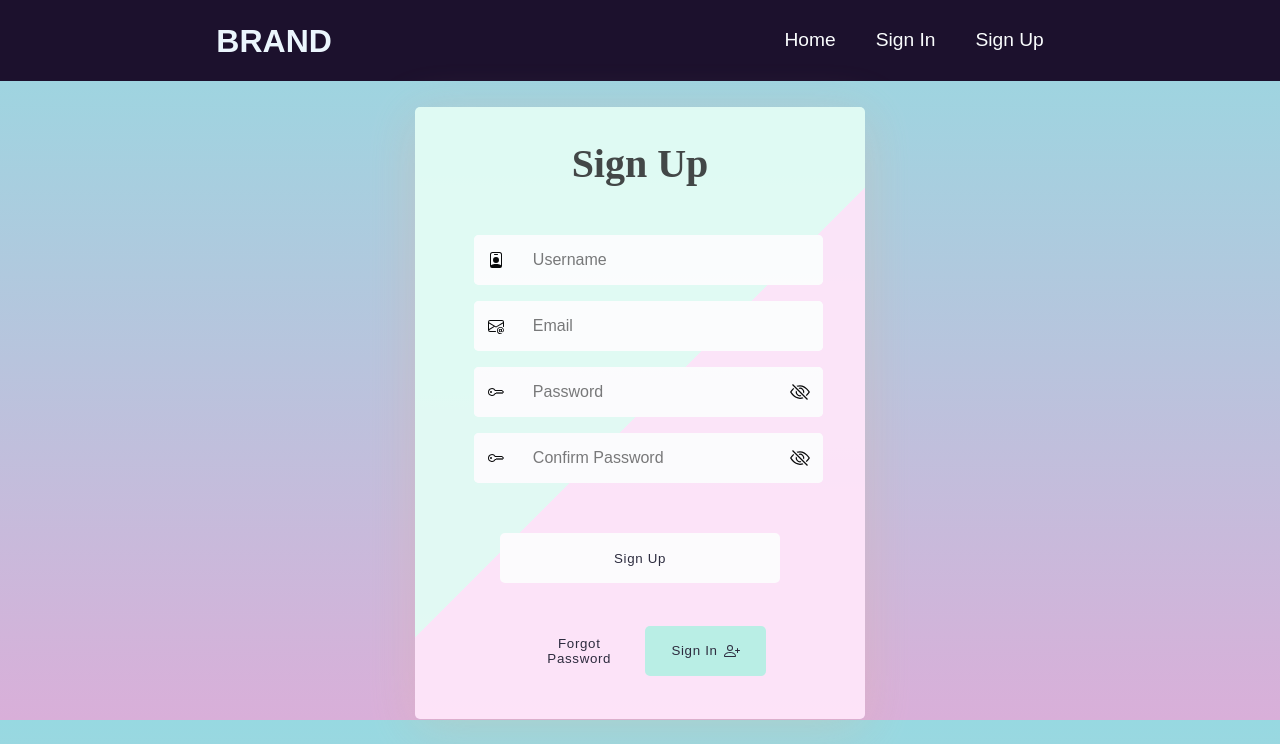
Repository: code-mtaani/ojwang-frontend
Page: /signup
These files come from the project's save history. The page is drawn as it stood at one moment and after the next save; the edit follows.
The browser window is 1280 px wide. The pictures show the whole page.
Backgrounds fixed to the window are drawn as part of the page. The project was rebuilt for these pictures with package versions that can differ from the ones it lists, and the page was loaded fresh each time. Also part of the build but not shown: vite.config.ts, src/Pages/HomePage/Home.pages.tsx, src/Pages/SignIn/SignIn.pages.tsx.

Above is the page before, as saved 2023-02-01 14:10:38.

### src/App.tsx
import { BrowserRouter as Router, Routes, Route } from "react-router-dom";

import Navigation from "./Components/Nav";
import Home from './Pages/HomePage'
import SignIn from "./Pages/SignIn";
import SignUp from "./Pages/SignUp"

function App() {
  return (
    <Router>
      <div className="App">
        <Navigation />
        <Routes>
          <Route path="/" element={<Home />} />
          <Route path="/signin" element={<SignIn/>} />
          <Route path="/signup" element={<SignUp/>} />
        </Routes>
      </div>
    </Router>
  );
}

export default App;

### src/index.css
* {
  padding: 0;
  margin: 0;
  box-sizing: border-box;
}
/* End Global rules */

/* Start body rules */
body {
  background-image: linear-gradient(-225deg, #e3fdf5 0%, #ffe6fa 100%);
  background-image: linear-gradient(to top, #a8edea 0%, #fed6e3 100%);
  background-attachment: fixed;
  background-repeat: no-repeat;

  font-family: "Vibur", cursive;
  /*   the main font */
  font-family: "Abel", sans-serif;
  opacity: 0.95;
  background-image: linear-gradient(to top, #d9afd9 0%, #97d9e1 100%);
}
@media screen and (min-width: 440px) {
  .app{
    border:2px solid green;
  }
}
/* end body rules */

### src/Components/Nav/index.js
export {default} from './Navigation.component'

### src/Pages/HomePage/index.ts
export { default } from "./Home.pages";

### src/Pages/SignIn/index.ts
export { default } from './SignIn.pages'

### src/Pages/SignUp/index.ts
export {default} from './SignUp.pages'

### src/Components/Nav/Navigation.component.tsx
import React from "react";
import {Link} from "react-router-dom"
import './nav.css'

const Navigation = () => {
  return (
    <nav className="navbar">
      <div className="left">
        <h1><Link to="/"> BRAND </Link></h1>
      </div>

      <div className="right">
        <input type="checkbox" id="check" />
        <label htmlFor="check" className="checkBtn">
          <svg
            xmlns="http://www.w3.org/2000/svg"
            width="30"
            height="30"
            fill="currentColor"
            className="bi bi-justify"
            viewBox="0 0 16 16"
          >
            <path
              fillRule="evenodd"
              d="M2 12.5a.5.5 0 0 1 .5-.5h11a.5.5 0 0 1 0 1h-11a.5.5 0 0 1-.5-.5zm0-3a.5.5 0 0 1 .5-.5h11a.5.5 0 0 1 0 1h-11a.5.5 0 0 1-.5-.5zm0-3a.5.5 0 0 1 .5-.5h11a.5.5 0 0 1 0 1h-11a.5.5 0 0 1-.5-.5zm0-3a.5.5 0 0 1 .5-.5h11a.5.5 0 0 1 0 1h-11a.5.5 0 0 1-.5-.5z"
            />
          </svg>
        </label>

        <ul className="list">
          <li> <Link to="/">Home</Link></li>
          <li> <Link to="/signin">Sign In</Link></li>
          <li> <Link to="signup">Sign Up</Link></li>
        </ul>
      </div>
    </nav>
  );
};

export default Navigation;

### src/Pages/SignUp/SignUp.pages.tsx
import React from "react";
import "./Signup.css";

const SignUp = () => {
  return (
    <div className="overlay">
      <form>
        {/* con = Container  for items in the form */}
        <div className="con">
          {/* <!--     Start  header Content  --> */}
          <header className="head-form">
            <h2>Sign Up</h2>
          </header>
          {/* End  header Content */}
          <br />
          <div className="field-set">
            {/* inputs */}
            <div className="test">
              <div className="key">
                <svg
                  xmlns="http://www.w3.org/2000/svg"
                  width="16"
                  height="16"
                  fill="currentColor"
                  className="bi bi-person-badge"
                  viewBox="0 0 16 16"
                >
                  <path d="M6.5 2a.5.5 0 0 0 0 1h3a.5.5 0 0 0 0-1h-3zM11 8a3 3 0 1 1-6 0 3 3 0 0 1 6 0z" />
                  <path d="M4.5 0A2.5 2.5 0 0 0 2 2.5V14a2 2 0 0 0 2 2h8a2 2 0 0 0 2-2V2.5A2.5 2.5 0 0 0 11.5 0h-7zM3 2.5A1.5 1.5 0 0 1 4.5 1h7A1.5 1.5 0 0 1 13 2.5v10.795a4.2 4.2 0 0 0-.776-.492C11.392 12.387 10.063 12 8 12s-3.392.387-4.224.803a4.2 4.2 0 0 0-.776.492V2.5z" />
                </svg>
              </div>
              <input type="text" name="username" id="" placeholder="Username" />
              <div className="show"></div>
            </div>
            <div className="test">
              <div className="key">
                <svg
                  xmlns="http://www.w3.org/2000/svg"
                  width="16"
                  height="16"
                  fill="currentColor"
                  className="bi bi-envelope-at"
                  viewBox="0 0 16 16"
                >
                  <path d="M2 2a2 2 0 0 0-2 2v8.01A2 2 0 0 0 2 14h5.5a.5.5 0 0 0 0-1H2a1 1 0 0 1-.966-.741l5.64-3.471L8 9.583l7-4.2V8.5a.5.5 0 0 0 1 0V4a2 2 0 0 0-2-2H2Zm3.708 6.208L1 11.105V5.383l4.708 2.825ZM1 4.217V4a1 1 0 0 1 1-1h12a1 1 0 0 1 1 1v.217l-7 4.2-7-4.2Z" />
                  <path d="M14.247 14.269c1.01 0 1.587-.857 1.587-2.025v-.21C15.834 10.43 14.64 9 12.52 9h-.035C10.42 9 9 10.36 9 12.432v.214C9 14.82 10.438 16 12.358 16h.044c.594 0 1.018-.074 1.237-.175v-.73c-.245.11-.673.18-1.18.18h-.044c-1.334 0-2.571-.788-2.571-2.655v-.157c0-1.657 1.058-2.724 2.64-2.724h.04c1.535 0 2.484 1.05 2.484 2.326v.118c0 .975-.324 1.39-.639 1.39-.232 0-.41-.148-.41-.42v-2.19h-.906v.569h-.03c-.084-.298-.368-.63-.954-.63-.778 0-1.259.555-1.259 1.4v.528c0 .892.49 1.434 1.26 1.434.471 0 .896-.227 1.014-.643h.043c.118.42.617.648 1.12.648Zm-2.453-1.588v-.227c0-.546.227-.791.573-.791.297 0 .572.192.572.708v.367c0 .573-.253.744-.564.744-.354 0-.581-.215-.581-.8Z" />
                </svg>
              </div>
              <input type="email" name="email" placeholder="Email" />
              <div className="show"></div>
            </div>
            <div className="test">
              <div className="key">
                <svg
                  xmlns="http://www.w3.org/2000/svg"
                  width="16"
                  height="16"
                  fill="currentColor"
                  className="bi bi-key"
                  viewBox="0 0 16 16"
                >
                  <path d="M0 8a4 4 0 0 1 7.465-2H14a.5.5 0 0 1 .354.146l1.5 1.5a.5.5 0 0 1 0 .708l-1.5 1.5a.5.5 0 0 1-.708 0L13 9.207l-.646.647a.5.5 0 0 1-.708 0L11 9.207l-.646.647a.5.5 0 0 1-.708 0L9 9.207l-.646.647A.5.5 0 0 1 8 10h-.535A4 4 0 0 1 0 8zm4-3a3 3 0 1 0 2.712 4.285A.5.5 0 0 1 7.163 9h.63l.853-.854a.5.5 0 0 1 .708 0l.646.647.646-.647a.5.5 0 0 1 .708 0l.646.647.646-.647a.5.5 0 0 1 .708 0l.646.647.793-.793-1-1h-6.63a.5.5 0 0 1-.451-.285A3 3 0 0 0 4 5z" />
                  <path d="M4 8a1 1 0 1 1-2 0 1 1 0 0 1 2 0z" />
                </svg>
              </div>
              <input type="password" name="pasword" placeholder="Password" />
              <div className="show">
                <svg
                  xmlns="http://www.w3.org/2000/svg"
                  width="20"
                  height="20"
                  fill="currentColor"
                  className="bi bi-eye-slash"
                  viewBox="0 0 16 16"
                >
                  <path d="M13.359 11.238C15.06 9.72 16 8 16 8s-3-5.5-8-5.5a7.028 7.028 0 0 0-2.79.588l.77.771A5.944 5.944 0 0 1 8 3.5c2.12 0 3.879 1.168 5.168 2.457A13.134 13.134 0 0 1 14.828 8c-.058.087-.122.183-.195.288-.335.48-.83 1.12-1.465 1.755-.165.165-.337.328-.517.486l.708.709z" />
                  <path d="M11.297 9.176a3.5 3.5 0 0 0-4.474-4.474l.823.823a2.5 2.5 0 0 1 2.829 2.829l.822.822zm-2.943 1.299.822.822a3.5 3.5 0 0 1-4.474-4.474l.823.823a2.5 2.5 0 0 0 2.829 2.829z" />
                  <path d="M3.35 5.47c-.18.16-.353.322-.518.487A13.134 13.134 0 0 0 1.172 8l.195.288c.335.48.83 1.12 1.465 1.755C4.121 11.332 5.881 12.5 8 12.5c.716 0 1.39-.133 2.02-.36l.77.772A7.029 7.029 0 0 1 8 13.5C3 13.5 0 8 0 8s.939-1.721 2.641-3.238l.708.709zm10.296 8.884-12-12 .708-.708 12 12-.708.708z" />
                </svg>
              </div>
            </div>
            <div className="test">
              <div className="key">
                <svg
                  xmlns="http://www.w3.org/2000/svg"
                  width="16"
                  height="16"
                  fill="currentColor"
                  className="bi bi-key"
                  viewBox="0 0 16 16"
                >
                  <path d="M0 8a4 4 0 0 1 7.465-2H14a.5.5 0 0 1 .354.146l1.5 1.5a.5.5 0 0 1 0 .708l-1.5 1.5a.5.5 0 0 1-.708 0L13 9.207l-.646.647a.5.5 0 0 1-.708 0L11 9.207l-.646.647a.5.5 0 0 1-.708 0L9 9.207l-.646.647A.5.5 0 0 1 8 10h-.535A4 4 0 0 1 0 8zm4-3a3 3 0 1 0 2.712 4.285A.5.5 0 0 1 7.163 9h.63l.853-.854a.5.5 0 0 1 .708 0l.646.647.646-.647a.5.5 0 0 1 .708 0l.646.647.646-.647a.5.5 0 0 1 .708 0l.646.647.793-.793-1-1h-6.63a.5.5 0 0 1-.451-.285A3 3 0 0 0 4 5z" />
                  <path d="M4 8a1 1 0 1 1-2 0 1 1 0 0 1 2 0z" />
                </svg>
              </div>
              <input
                type="password"
                name="confirmPassword"
                placeholder="Confirm Password"
              />
              <div className="show">
                <svg
                  xmlns="http://www.w3.org/2000/svg"
                  width="20"
                  height="20"
                  fill="currentColor"
                  className="bi bi-eye-slash"
                  viewBox="0 0 16 16"
                >
                  <path d="M13.359 11.238C15.06 9.72 16 8 16 8s-3-5.5-8-5.5a7.028 7.028 0 0 0-2.79.588l.77.771A5.944 5.944 0 0 1 8 3.5c2.12 0 3.879 1.168 5.168 2.457A13.134 13.134 0 0 1 14.828 8c-.058.087-.122.183-.195.288-.335.48-.83 1.12-1.465 1.755-.165.165-.337.328-.517.486l.708.709z" />
                  <path d="M11.297 9.176a3.5 3.5 0 0 0-4.474-4.474l.823.823a2.5 2.5 0 0 1 2.829 2.829l.822.822zm-2.943 1.299.822.822a3.5 3.5 0 0 1-4.474-4.474l.823.823a2.5 2.5 0 0 0 2.829 2.829z" />
                  <path d="M3.35 5.47c-.18.16-.353.322-.518.487A13.134 13.134 0 0 0 1.172 8l.195.288c.335.48.83 1.12 1.465 1.755C4.121 11.332 5.881 12.5 8 12.5c.716 0 1.39-.133 2.02-.36l.77.772A7.029 7.029 0 0 1 8 13.5C3 13.5 0 8 0 8s.939-1.721 2.641-3.238l.708.709zm10.296 8.884-12-12 .708-.708 12 12-.708.708z" />
                </svg>
              </div>
            </div>
            <br />
            {/*  buttons */}
            {/*button LogIn */}
            <button className="log-in"> Sign Up </button>
          </div>

          {/* other buttons */}
          <div className="other">
            {/* Forgot Password button */}
            <button className="btn submits frgt-pass">Forgot Password</button>
            {/* Sign Up button */}
            <button className="btn submits sign-up">
              Sign In
              {/* Sign Up font icon */}
              <svg
                xmlns="http://www.w3.org/2000/svg"
                width="16"
                height="16"
                fill="currentColor"
                className="bi bi-person-plus"
                viewBox="0 0 16 16"
              >
                <path d="M6 8a3 3 0 1 0 0-6 3 3 0 0 0 0 6zm2-3a2 2 0 1 1-4 0 2 2 0 0 1 4 0zm4 8c0 1-1 1-1 1H1s-1 0-1-1 1-4 6-4 6 3 6 4zm-1-.004c-.001-.246-.154-.986-.832-1.664C9.516 10.68 8.289 10 6 10c-2.29 0-3.516.68-4.168 1.332-.678.678-.83 1.418-.832 1.664h10z" />
                <path
                  fillRule="evenodd"
                  d="M13.5 5a.5.5 0 0 1 .5.5V7h1.5a.5.5 0 0 1 0 1H14v1.5a.5.5 0 0 1-1 0V8h-1.5a.5.5 0 0 1 0-1H13V5.5a.5.5 0 0 1 .5-.5z"
                />
              </svg>
            </button>
            {/* End Other the Division */}
          </div>

          {/* End Conrainer */}
        </div>

        {/* End Form */}
      </form>
    </div>
  );
};

export default SignUp;

### src/Components/Nav/nav.css
.navbar{
    background-color: rgb(22,7,36);
    display: flex;
    justify-content: space-around;
    align-items: center;
    line-height: 5rem;
}

.left h1{
    font-size: 2rem;
    cursor: pointer;
}
.left h1 a{
    text-decoration: none;
    color: aliceblue;
}

.checkBtn{
    display: none;
}
#check{
    display: none;
}
.checkBtn{
    cursor: pointer;
    font-size: 30px;
    float: right;
    color: #ed1e79;
    line-height: 88px;
}

.right ul{
    display: flex;
    list-style: none;
}
.right ul li a {
    padding: 10px 20px;
    font-size: 1.2rem;
    color: white;
    cursor: pointer;
    text-decoration: none;
    transition: all 1s;
}

.right ul li a:hover{
    background-color: #fff;
    border-radius: 7px;
    color: rgb(22, 7, 36);
    margin-left: 4px ;
    margin-right: 4px ;
}

/* ================================== Media Queries=================================================== */

@media screen and (max-width:805px){
    .list{
        width: 100%;
        height: 100vh;
        background-color: rgb(22, 7, 36);
        text-align: center;
        display: flex;
        flex-direction: column;
        position: fixed;
        top: 5rem;
        left: 100%;
        transition: all 1s;
    }

    #check{
        display: none;
    }
    .checkBtn{
        display: block;
    }
    #check:checked~ul{
        left: 0%
    }
}
@media screen and (max-width:450px) {
    .navbar{
        width: 100vw;
    }

}

### src/Pages/SignUp/Signup.css
/* Start form  attributes */
form {
  width: 450px;
  min-height: 500px;
  height: auto;
  border-radius: 5px;
  margin: 2% auto;
  box-shadow: 0 9px 50px hsla(20, 67%, 75%, 0.31);
  padding: 2%;
  background-image: linear-gradient(-225deg, #e3fdf5 50%, #ffe6fa 50%);
}
@media screen and (max-width: 450px) {
  form {
    width: 90vw;
    margin: 20 auto;
  }
}
/* form Container */
form .con {
  display: -webkit-flex;
  display: flex;

  -webkit-justify-content: space-around;
  justify-content: space-around;

  -webkit-flex-wrap: wrap;
  flex-wrap: wrap;
  margin: 0 auto;
}

/* the header form  */
header {
  margin: 2% auto 10% auto;
  text-align: center;
}
/* Login title form  */
header h2 {
  font-size: 250%;
  font-family: "Playfair Display", serif;
  color: #3e403f;
}
/*  A welcome message or an explanation of the login form */
header p {
  letter-spacing: 0.05em;
}
header img {
  width: 10rem;
  height: 8rem;
}


/* focus  */
input:focus {
  transform: translateX(-3px);
  border-radius: 5px;
}

.test {
  display: flex;
  justify-content: space-between;
  align-items: center;
  background-color: white;
  height: 50px;
  margin: 0.5rem;
  border-radius: 0.3rem;
  width: 100%;
}
.test .key {
  background-color: white;
  display: flex;
  align-items: center;
  justify-content: center;
  width: 3rem;
  height: 100%;
  border-radius: 5px 0px 0px 5px;
}
.test .key svg {
  margin: 5px;
}
.test input {
  height: 100%;
  width: 80%;
  font-size: 16px;
  padding: 15px;
  font-family: "Abel", sans-serif;
  font-size: 16px;
  color: #5e6472;
  transition: 0.4s linear;
   outline: none;
  border: none;
}
.test .show {
  background-color: white;
  height: 100%;
  display: flex;
  align-items: center;
  justify-content: center;
  width: 3rem;
  border-radius: 0px 5px 5px 0px;
}
.field-set {
    display: flex;
    flex-direction: column;
}
/* input[type="text"] {min-width: 250px;} */
/* buttons  */

button {
  display: inline-block;
  color: #252537;

  width: 280px;
  height: 50px;

  padding: 0 20px;
  background: #fff;
  border-radius: 5px;

  outline: none;
  border: none;

  cursor: pointer;
  text-align: center;
  transition: all 0.2s linear;

  margin: 7% auto;
  letter-spacing: 0.05em;
}

/* Submits */
.submits {
  width: 48%;
  display: inline-block;
  float: left;
  margin-left: 2%;
}

/*       Forgot Password button FAF3DD  */
.frgt-pass {
  background: transparent;
}
/*     Sign Up button  */
.sign-up {
  background: #b8f2e6;
  display: flex;
  align-items: center;
  justify-content: space-evenly;
  font-weight: 500;
}

/* buttons hover */
button:hover {
  transform: translatey(3px);
  box-shadow: none;
}

/* buttons hover Animation */
button:hover {
  animation: ani9 0.4s ease-in-out infinite alternate;
}
.other{
  border: 1px solid redl
}
@keyframes ani9 {
  0% {
    transform: translateY(3px);
  }
  100% {
    transform: translateY(5px);
  }
}
/* ================================== */

Loaded but not shown: index.html (common file); src/main.tsx (common file)

After the next save:
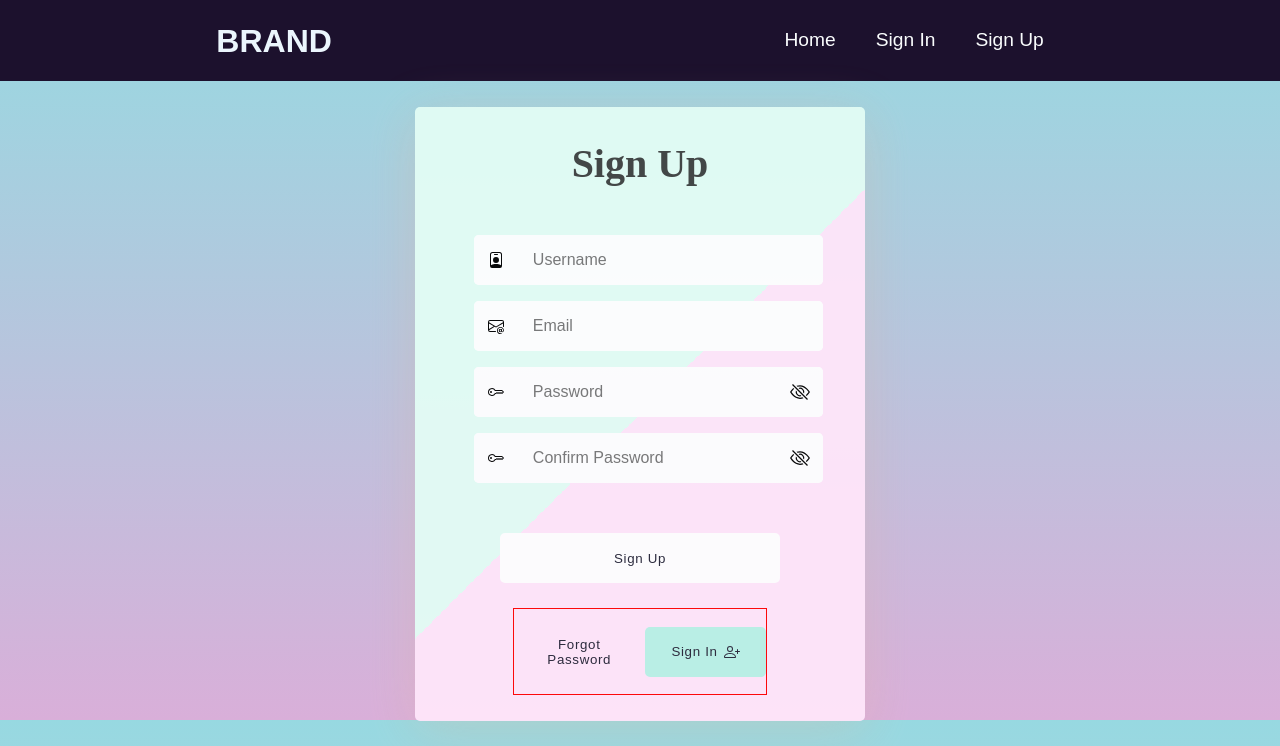
Saved 5 s later.
--- a/src/Pages/SignUp/Signup.css
+++ b/src/Pages/SignUp/Signup.css
@@ -159,7 +159,7 @@ button:hover {
   animation: ani9 0.4s ease-in-out infinite alternate;
 }
 .other{
-  border: 1px solid redl
+  border: 1px solid red;
 }
 @keyframes ani9 {
   0% {
